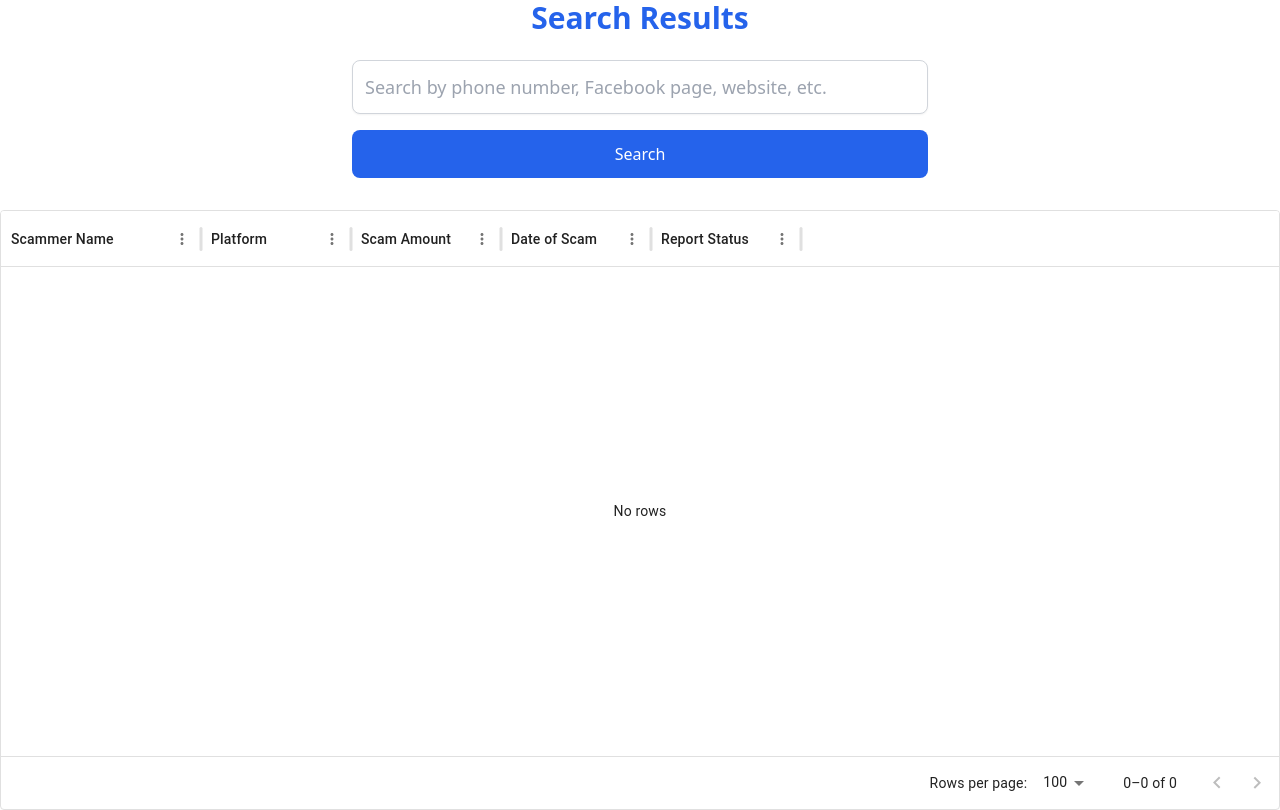
Repository: dev-athar/protarok
Page: /search
These files come from the project's save history. The page is drawn as it stood at one moment and after the next save; the edit follows.
The browser window is 1280 px wide. The pictures show the whole page.
The project was rebuilt for these pictures with package versions that can differ from the ones it lists, and the page was loaded fresh each time. Also part of the build but not shown: vite.config.ts, src/pages/RecentScamsList.tsx, src/pages/HomePage.tsx, src/pages/SubmitScamPage.tsx, src/pages/ImageUploader.tsx.

Above is the page before, as saved 2025-01-01 13:00:22.

### src/main.tsx
import { StrictMode } from "react";
import { createRoot } from "react-dom/client";
import "./index.css";
// import "./styles.css";
import App from "./App.tsx";

createRoot(document.getElementById("root")!).render(
  <StrictMode>
    <App />
  </StrictMode>
);

### src/App.tsx
// src/App.js
import { BrowserRouter as Router, Routes, Route } from "react-router-dom";
import HomePage from "./pages/HomePage";
import SearchResultsPage from "./pages/SearchResultsPage";
import SubmitScamPage from "./pages/SubmitScamPage";
import ImageUploader from "./pages/ImageUploader";

function App() {
  return (
    <Router>
      <Routes>
        <Route path="/" element={<HomePage />} />
        <Route path="/search" element={<SearchResultsPage />} />
        <Route path="/submit-scam" element={<SubmitScamPage />} />
        <Route path="/test" element={<ImageUploader />} />
      </Routes>
    </Router>
  );
}

export default App;

### src/pages/SearchResultsPage.tsx
//    scamProfileName: "Scammer1",
// platform: "Social Media",
// scamAmount: "$500",
// dateOfScam: "2024-12-20",
// reportStatus: "Pending",

import React, { useState, useEffect } from "react";
import { DataGrid } from "@mui/x-data-grid";
import { useLocation } from "react-router-dom";
import SearchBar from "./SearchBar";
import { supabase } from "../supabase"; // Ensure you have the supabase client setup

const SearchResultsPage = () => {
  const location = useLocation();
  const queryParams = new URLSearchParams(location.search);
  const initialSearchTerm = queryParams.get("query") || "";
  const [searchTerm, setSearchTerm] = useState(initialSearchTerm);
  const [searchResults, setSearchResults] = useState([]);
  const [loading, setLoading] = useState(false);

  useEffect(() => {
    const fetchSearchResults = async () => {
      if (searchTerm.trim() === "") {
        setSearchResults([]);
        return;
      }

      setLoading(true);

      try {
        const { data, error } = await supabase
          .from("scamReports")
          .select(
            "scamProfileName, platform, scamAmount, dateOfScam, reportStatus"
          )
          .ilike("scamProfileName", `%${searchTerm}%`);

        if (error) throw error;

        setSearchResults(data);
      } catch (error) {
        console.error("Error fetching search results:", error);
        setSearchResults([]);
      } finally {
        setLoading(false);
      }
    };

    fetchSearchResults();
  }, [searchTerm]);

  const handleSearch = (newSearchTerm) => {
    setSearchTerm(newSearchTerm);
  };

  const columns = [
    { field: "scamProfileName", headerName: "Scammer Name", width: 200 },
    { field: "platform", headerName: "Platform", width: 150 },
    { field: "scamAmount", headerName: "Scam Amount", width: 150 },
    { field: "dateOfScam", headerName: "Date of Scam", width: 150 },
    { field: "reportStatus", headerName: "Report Status", width: 150 },
  ];

  return (
    <div>
      <header className="text-center mb-6">
        <h1 className="text-3xl font-bold text-blue-600">Search Results</h1>
      </header>
      <SearchBar onSearch={handleSearch} initialQuery={searchTerm} />
      <div style={{ height: 600, width: "100%", backgroundColor: "white" }}>
        <DataGrid
          rows={searchResults}
          columns={columns}
          pageSize={5}
          rowsPerPageOptions={[5, 10, 20]}
          loading={loading}
          getRowId={(row) => row.scamProfileName}
          disableSelectionOnClick
        />
      </div>
    </div>
  );
};

export default SearchResultsPage;

### src/pages/SearchBar.tsx
// src/components/SearchBar.js
import { useState, useEffect } from "react";
import { useNavigate } from "react-router-dom";

function SearchBar({ initialQuery = "", onSearch }) {
  const [searchTerm, setSearchTerm] = useState(initialQuery);
  const navigate = useNavigate();

  useEffect(() => {
    setSearchTerm(initialQuery);
  }, [initialQuery]);

  const handleSearch = () => {
    if (searchTerm.trim() !== "") {
      navigate(`/search?query=${encodeURIComponent(searchTerm)}`);
      if (onSearch) onSearch(searchTerm);
    }
  };

  return (
    <div className="max-w-xl mx-auto mb-8">
      <input
        type="text"
        className="w-full p-3 text-lg border border-gray-300 rounded-lg shadow-sm focus:outline-none focus:ring-2 focus:ring-blue-500"
        placeholder="Search by phone number, Facebook page, website, etc."
        value={searchTerm}
        onChange={(e) => setSearchTerm(e.target.value)}
        onKeyDown={(e) => e.key === "Enter" && handleSearch()}
      />
      <button
        onClick={handleSearch}
        className="mt-4 w-full bg-blue-600 text-white py-3 px-4 rounded-lg hover:bg-blue-700 transition duration-300"
      >
        Search
      </button>
    </div>
  );
}

export default SearchBar;

### src/supabase.js
// src/supabase.js
import { createClient } from "@supabase/supabase-js";

// Replace with your Supabase project details
const SUPABASE_URL = "https://sifneaujnvssmmholqep.supabase.co";
const SUPABASE_ANON_KEY =
  "eyJhbGciOiJIUzI1NiIsInR5cCI6IkpXVCJ9.eyJpc3MiOiJzdXBhYmFzZSIsInJlZiI6InNpZm5lYXVqbnZzc21taG9scWVwIiwicm9sZSI6ImFub24iLCJpYXQiOjE3MzU1Nzg3OTYsImV4cCI6MjA1MTE1NDc5Nn0.zF7HMOg0-BrktsjLbYnVq5kqcp5-WHRwPWzEX9ggRew";

export const supabase = createClient(SUPABASE_URL, SUPABASE_ANON_KEY);

### tailwind.config.js
/** @type {import('tailwindcss').Config} */
// export default {
module.exports = {
  content: ["./index.html", "./src/**/*.{js,ts,jsx,tsx}"],
  theme: {
    extend: {},
  },
  plugins: [],
};

Loaded but not shown: index.html (common file); src/index.css (common file)

After the next save:
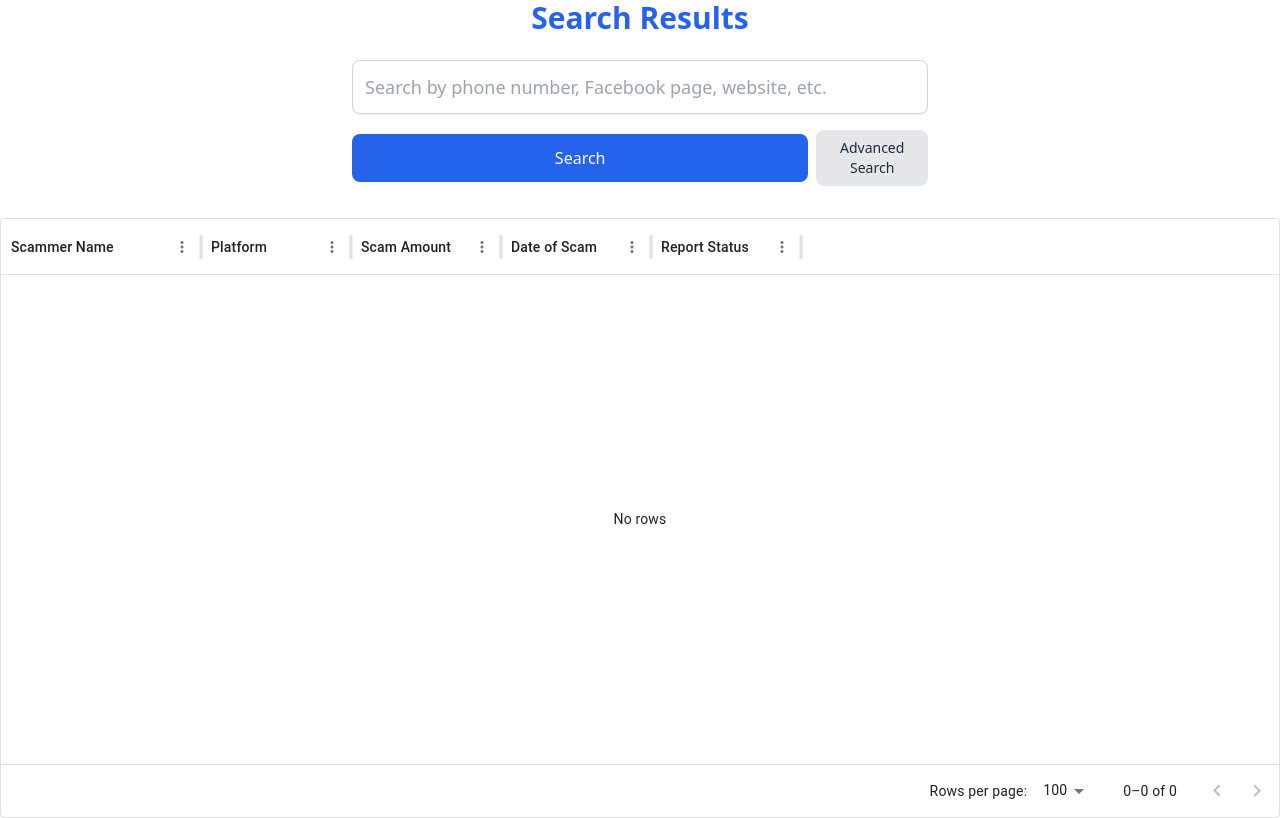
Saved 13 min 30 s later.
--- a/src/pages/SearchBar.tsx
+++ b/src/pages/SearchBar.tsx
@@ -17,6 +17,10 @@ function SearchBar({ initialQuery = "", onSearch }) {
     }
   };
 
+  const handleAdvancedSearch = () => {
+    navigate("/advanced-search");
+  };
+
   return (
     <div className="max-w-xl mx-auto mb-8">
       <input
@@ -27,12 +31,20 @@ function SearchBar({ initialQuery = "", onSearch }) {
         onChange={(e) => setSearchTerm(e.target.value)}
         onKeyDown={(e) => e.key === "Enter" && handleSearch()}
       />
-      <button
-        onClick={handleSearch}
-        className="mt-4 w-full bg-blue-600 text-white py-3 px-4 rounded-lg hover:bg-blue-700 transition duration-300"
-      >
-        Search
-      </button>
+      <div className="flex justify-between items-center mt-4">
+        <button
+          onClick={handleSearch}
+          className="w-full bg-blue-600 text-white py-3 px-4 rounded-lg hover:bg-blue-700 transition duration-300 mr-2"
+        >
+          Search
+        </button>
+        <button
+          onClick={handleAdvancedSearch}
+          className="bg-gray-200 text-gray-800 py-2 px-3 rounded-lg hover:bg-gray-300 transition duration-300 text-sm"
+        >
+          Advanced Search
+        </button>
+      </div>
     </div>
   );
 }
